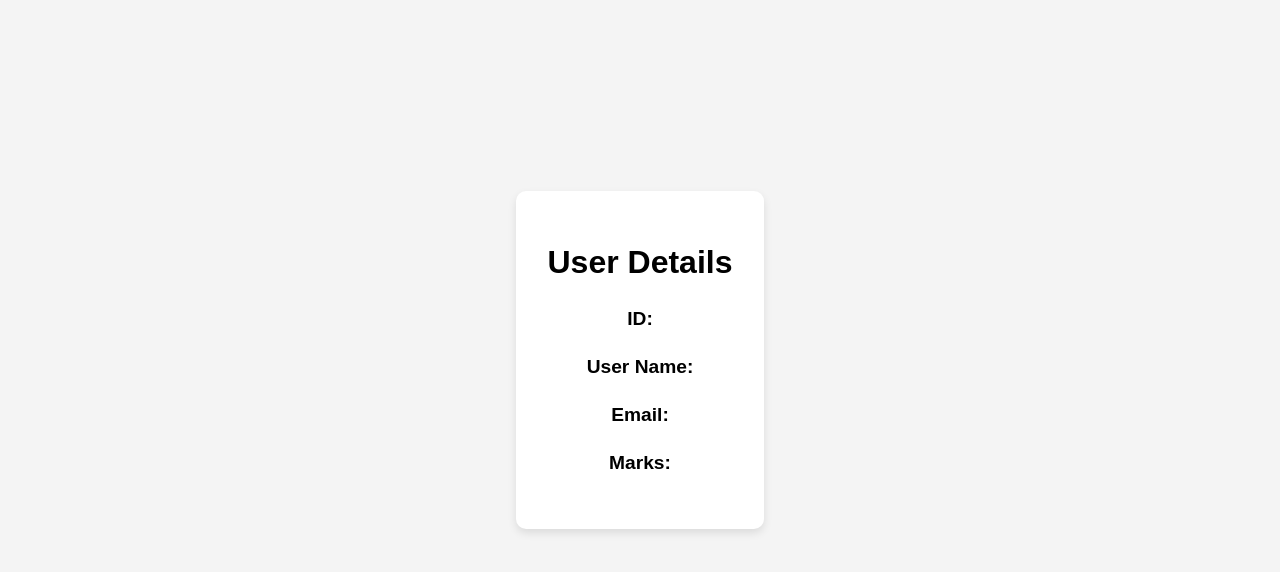
Repository: chetanchavan30/Optifyx
Page: http://localhost/OnlineExaminationSystem/view.jsp
An editor plug-in stored every save of this project. The page is shown before and after the next save, followed by the edit.
The browser window is 1280 px wide. The pictures show the whole page.
The page is served by Tomcat 10.

Above is the page before, as saved 2025-01-25 19:36:08.

After the next save:
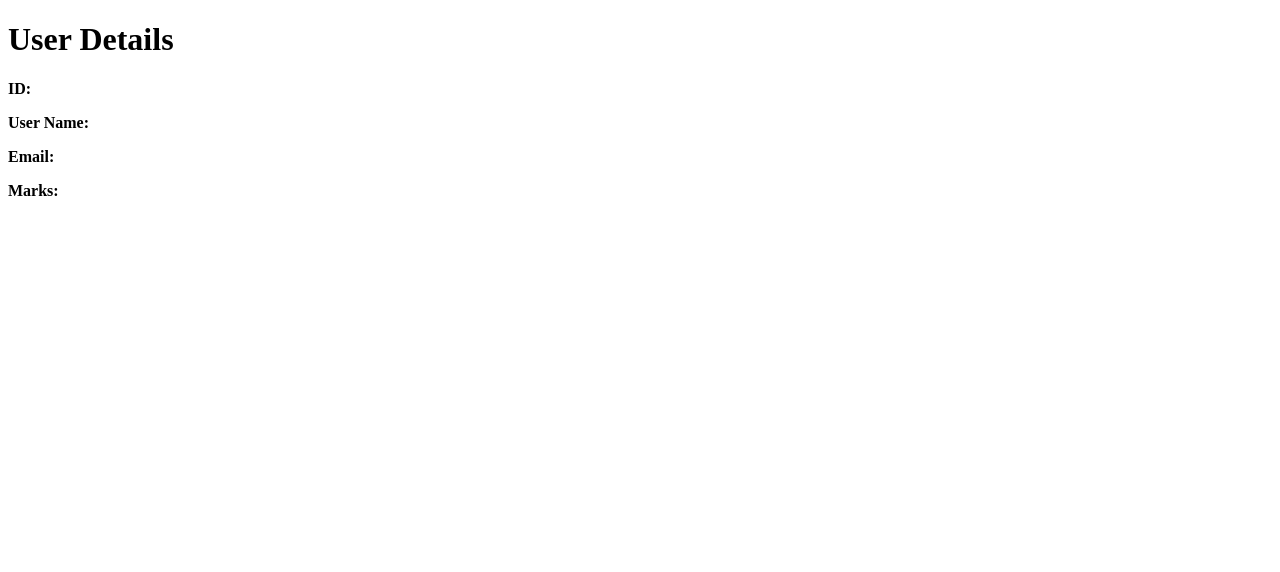
Saved 10 s later.
--- a/OnlineExaminationSystem/src/main/webapp/view.jsp
+++ b/OnlineExaminationSystem/src/main/webapp/view.jsp
@@ -4,7 +4,6 @@
     <meta charset="UTF-8">
     <meta name="viewport" content="width=device-width, initial-scale=1.0">
     <title>User Details</title>
-    <link rel="stylesheet" href="styles.css">
 
 </head>
 <body>

After the save that followed:
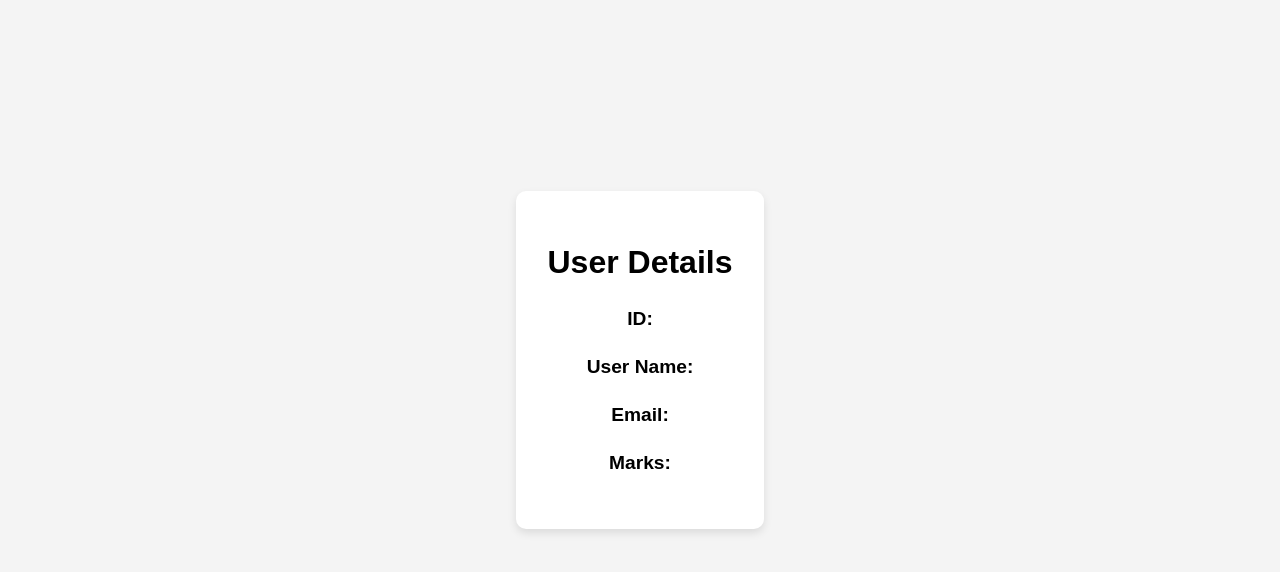
Saved 11 s later.
--- a/OnlineExaminationSystem/src/main/webapp/view.jsp
+++ b/OnlineExaminationSystem/src/main/webapp/view.jsp
@@ -4,6 +4,8 @@
     <meta charset="UTF-8">
     <meta name="viewport" content="width=device-width, initial-scale=1.0">
     <title>User Details</title>
+        <link rel="stylesheet" href="styles.css">
+
 
 </head>
 <body>
